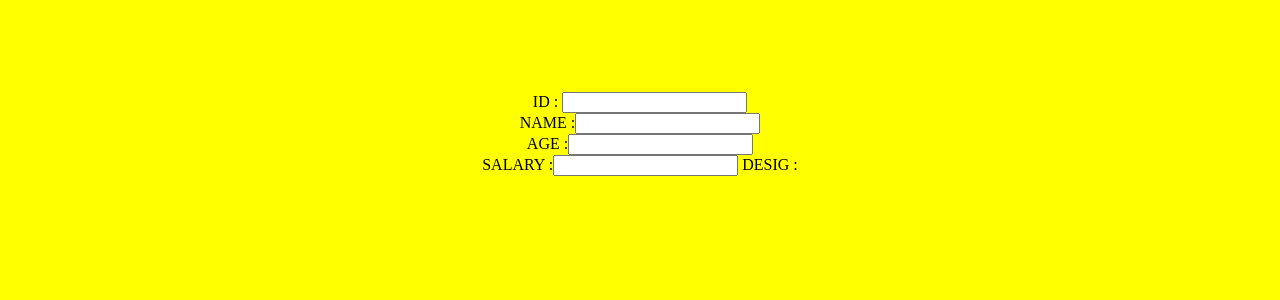
Repository: Thaneshwara848/MyHibernate
Page: ServlerDemo1/src/main/webapp/Register.html
An editor plug-in stored every save of this project. The page is shown before and after the next save, followed by the edit.
The browser window is 1280 px wide. The pictures show the whole page.

Above is the page before, as saved 2022-11-02 17:04:58.

### ServlerDemo1/src/main/webapp/Register.html
<!DOCTYPE html>
<html>
<head>
<meta charset="UTF-8">
<title>Insert title here</title>
</head>
<body bgcolor="yellow">
<marquee onmouseover="stop()" onmouseout="start()">
<h1 style="color: red">HI Welcome to WebApplcation </h1>
</marquee>
	<center>
		<form action="">
		ID : <input type="text" name="uid"><br>
		NAME :<input type="text" name="uname"><br>
		AGE :<input type="text" name="uage"><br>
		SALARY  :<input type="text" name="usalary">
		DESIG :

		</form>
	</center>
</body>
</html>

After the next save:
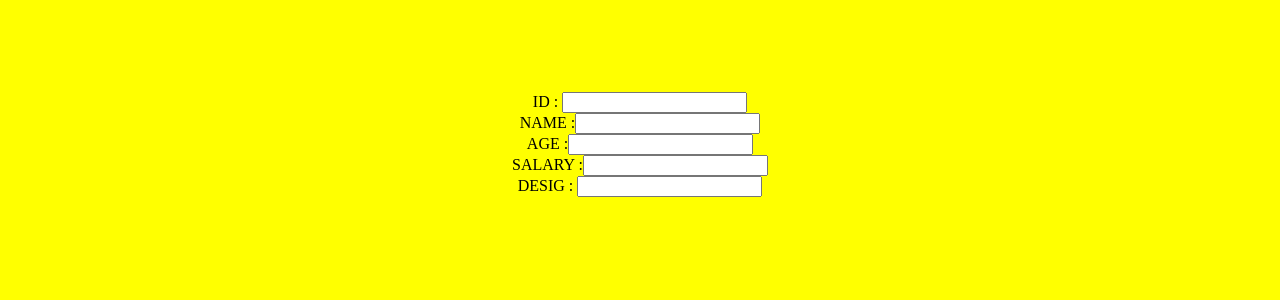
Saved 23 s later.
--- a/ServlerDemo1/src/main/webapp/Register.html
+++ b/ServlerDemo1/src/main/webapp/Register.html
@@ -13,8 +13,10 @@
 		ID : <input type="text" name="uid"><br>
 		NAME :<input type="text" name="uname"><br>
 		AGE :<input type="text" name="uage"><br>
-		SALARY  :<input type="text" name="usalary">
-		DESIG :
+		SALARY  :<input type="text" name="usalary"><br>
+		DESIG : <input type="text" name="udesig"><br>
+
+
 
 		</form>
 	</center>
